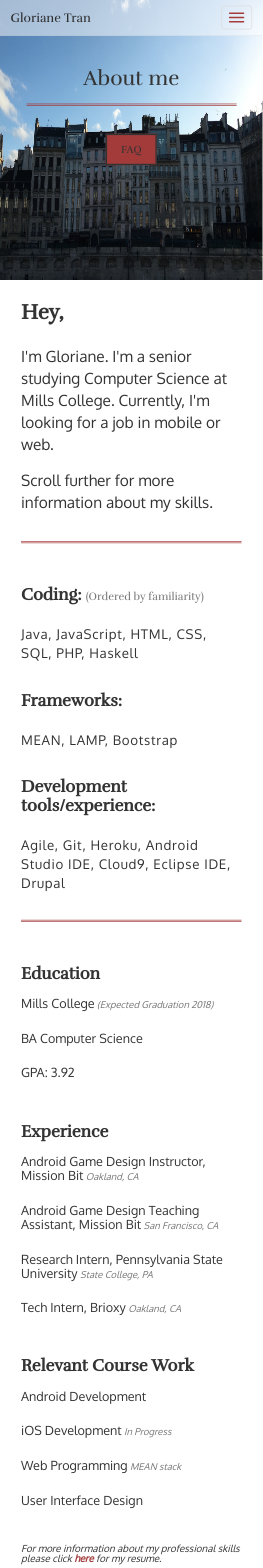
Repository: glorianetran/gloriane-web
Page: http://localhost/about
The author's editor kept a record of every edit. The page is drawn from the files as they stood at one moment, then again after the next edit.
The browser window is 375 px wide. The pictures show the part of the page from y = 0 to 2240 px (the page is 2902 px tall), at 70% of full size.
Some web libraries are served in a nearby version. The page is served by the project's Node server (app.js). Other server files are loaded and not shown.

Above is the page before.

### app_server/views/about.ejs
<!DOCTYPE html>
<html lang="en">
    <head>
        <% include partials/head.ejs %>
        <script type="text/javascript" src="https://code.jquery.com/jquery-1.11.0.min.js"></script>
        <link href="/stylesheets/about.css" rel="stylesheet">

        <!--FAQ script-->
    	<script>
        	jQuery(document).ready(function() {
        	function close_accordion_section() {
        		jQuery('.accordion .accordion-section-title').removeClass('active');
        		jQuery('.accordion .accordion-section-content').slideUp(300).removeClass('open');
        	}

        	jQuery('.accordion-section-title').click(function(e) {
        		// Grab current anchor value
        		var currentAttrValue = jQuery(this).attr('href');

        		if(jQuery(e.target).is('.active')) {
        			close_accordion_section();
        		}else {
        			close_accordion_section();

        			// Add active class to section title
        			jQuery(this).addClass('active');
        			// Open up the hidden content panel
        			jQuery('.accordion ' + currentAttrValue).slideDown(300).addClass('open');
        		}

        		e.preventDefault();
        	});
        });
	</script>
	</head>

    <body>
        <% include partials/nav%>

        <div class="jumbotron">
            <h2 class="text-center rufina">About me</h2>
            <strong><hr class="style"></strong>
            <br>
            <div class="text-center rufina">
                <input type="button" class="button" onClick="document.getElementById('faq').scrollIntoView();" value="FAQ">
            </div>
        </div>

        <!--About page main text-->
        <div class="container">
            <div class="margin">
                <h2 class="about-header rufina">Hey,</h2>
                <br>
                <div class="about-text oxygen">
                   I'm Gloriane. I'm a senior studying Computer Science at Mills College. Currently, I'm looking
                   for a job in mobile or web.
                </div>
                <br>
                <div class="about-text oxygen">Scroll further for more information about my skills. </div>
                <br>
                <hr class="style-2">
                <br>
                <h3 class="about-header rufina">Coding: <small>(Ordered by familiarity)</small></h3>
                <br>
                <div class="about-text-list oxygen">Java, JavaScript, HTML, CSS, SQL, PHP, Haskell</div>
                <br>
                <h3 class="about-header rufina">Frameworks:</h3>
                <br>
                <div class="about-text-list oxygen">MEAN, LAMP, Bootstrap</div>
                <br>
                <h3 class="about-header rufina">Development tools/experience:</h3>
                <br>
                <div class="about-text-list oxygen">Agile, Git, Heroku, Android Studio IDE, Cloud9, Eclipse IDE, Drupal</div>
                <br>
                <hr class="style-2">
                <br>
                <h3 class="about-header rufina">Education</h3>
                <h4 class="about-text-resume oxygen">Mills College<small><i> (Expected Graduation 2018)</i></small>
                <h4 class="about-text-resume oxygen">BA Computer Science</h4>
                <h4 class="about-text-resume oxygen">GPA: 3.92</h4>
                <br>
                <h3 class="about-header rufina">Experience</h3>
                <h4 class="about-text-resume oxygen">Android Game Design Instructor, Mission Bit<small><i> Oakland, CA</i></small></h4>
                <h4 class="about-text-resume oxygen">Android Game Design Teaching Assistant, Mission Bit<small><i> San Francisco, CA</i></small></h4>
                <h4 class="about-text-resume oxygen">Research Intern, Pennsylvania State University<small><i> State College, PA</i></small></h4>
                <h4 class="about-text-resume oxygen">Tech Intern, Brioxy<small><i> Oakland, CA</i></small></h4>
                <br>
                <h3 class="about-header rufina">Relevant Course Work</h3>
                <h4 class="about-text-resume oxygen">Android Development</h4>
                <h4 class="about-text-resume oxygen">iOS Development<small><i> In Progress</i></small></h4>
                <h4 class="about-text-resume oxygen">Web Programming<small><i> MEAN stack</i> </small></h4>
                <h4 class="about-text-resume oxygen">User Interface Design</h4>
                <br>
                <i><h5 class="oxygen">For more information about my professional skills please
                click <a href="https://drive.google.com/file/d/0B7LTg5vkTmfCWkQ1WWlfV2tndTNld3JjbjJ2OTZxSGRpb0Y0/view?usp=sharing" target="_blank"><b>here</b></a> for my resume.</h5></i>
                <br>
                <hr class="style-2">
                <br>

                 <!-- FAQ -->
                <h2 id="faq" class="about-header rufina text-center">FAQ</h2>
                <br>
                <br>
            	<div class="main">
            		<div class="accordion">

            			    <div class="accordion-section">
            			    	<a class="accordion-section-title rufina" href="#accordion-1">Who are you?</a>
            				    <div id="accordion-1" class="accordion-section-content">
            					    <p class="about-faq oxygen">I'm Gloriane. Most people call me Glo. My life motto is to "Glo with the flow."</p>
            				    </div><!--end .accordion-section-content-->
            		       	</div><!--end .accordion-section-->

            			    <div class="accordion-section">
            				    <a class="accordion-section-title rufina" href="#accordion-2">What do you do outside of class?</a>
            				    <div id="accordion-2" class="accordion-section-content">
            					    <p class="about-faq oxygen">I enjoy thinking about cool app ideas,
            					    improving my general knowledge, finding time to volunteer,
            					    and admiring the beauty of giraffes (and all animals). I'm also the president of the Mills Computer Club! </p>
            				    </div><!--end .accordion-section-content-->
            			    </div><!--end .accordion-section-->

            		    	<div class="accordion-section">
            				    <a class="accordion-section-title rufina" href="#accordion-3">What are your career goals?</a>
            				    <div id="accordion-3" class="accordion-section-content">
                					<p class="about-faq oxygen">My short term goal is to get a job in mobile/web to get more experience as a developer. My long term goal is to
                					find a job where I can combine my passion for social justice and technology. I want to be able to help
                					solve some of the world's most pressing issues with tech.</p>
            				    </div><!--end .accordion-section-content-->
            		    	</div><!--end .accordion-section-->

            			    <div class="accordion-section">
            				    <a class="accordion-section-title rufina" href="#accordion-4">What are your strengths/weaknesses?</a>
            				    <div id="accordion-4" class="accordion-section-content">
            					    <p class="about-faq oxygen">My strengths are: being on time,
            					    being organized, having a positive attitude, and embracing any confusion.
            					    My weaknesses are: obsessing over minor details, not asking for help when needed,
            					    public speaking, and spelling (spell-check spoils me).
            					    </p>
            				    </div><!--end .accordion-section-content-->
            		       	</div><!--end .accordion-section-->

            		       	<div class="accordion-section">
            				    <a class="accordion-section-title rufina" href="#accordion-5">What is one cool thing you have done?</a>
            				    <div id="accordion-5" class="accordion-section-content">
            					    <p class="about-faq oxygen">In my 2nd year of college, I studied abroad in Budapest, Hungary at Aquincum Institute of Technology (AIT).
            					    It was my first time leaving the United States. I traveled to 8 countries such as Spain, France, Denmark, etc. All of the images
            					    used for this website were taken while I was abroad. <br><br>
            					    </p>
            					    <div class="text-center">
            					        <h5 class="about-faq oxygen">Here's a picture of me worshipping a quiche the size of my face in Paris, France.</h5>
            					        <img src="/images/quiche.jpg"></img>
            					    </div>
            					    <br>
            				    </div><!--end .accordion-section-content-->
            		       	</div><!--end .accordion-section-->

                    </div><!--end .accordion-->
            	</div><!--end .main-->
            </div><!--end .margin-->
        </div><!--end .container-->
	</body>

	<% include partials/footer%>

</html>

### app_server/views/partials/head.ejs
<meta charset="utf-8">
<meta http-equiv="X-UA-Compatible" content="IE=edge">
<meta name="viewport" content="width=device-width, initial-scale=1">
<meta name="description" content="Gloriane Tran's personal website with information about her academic work and projects.">
<meta name="author" content="Gloriane Tran">

<!--jQuery-->
<script src="https://ajax.googleapis.com/ajax/libs/jquery/3.2.0/jquery.min.js"></script>

<!--Bootstrap Themes-->
<link rel="stylesheet" href="https://maxcdn.bootstrapcdn.com/bootstrap/3.3.7/css/bootstrap.min.css">
<script src="https://maxcdn.bootstrapcdn.com/bootstrap/3.3.7/js/bootstrap.min.js"></script>

<!--Icons-->
<link href="https://maxcdn.bootstrapcdn.com/font-awesome/4.7.0/css/font-awesome.min.css" rel="stylesheet">

<!--Stylesheets-->
<link href="/stylesheets/footer.css" rel="stylesheet">
<link href="/stylesheets/font.css" rel="stylesheet">
<link href="/stylesheets/nav.css" rel="stylesheet">

<!--Fonts-->
<link href="https://fonts.googleapis.com/css?family=Oxygen|Rufina" rel="stylesheet">

<!--Page Title -->
<title>Gloriane Tran | <%= title %></title>

### app_server/views/partials/nav.ejs
<nav class="navbar navbar-default navbar-fixed-top">
    <div class="container-fluid">
        <div class="navbar-header">
                <button type="button" class="navbar-toggle collapsed" data-toggle="collapse" data-target="#navbar" aria-expanded="false" aria-controls="navbar">
                <span class="icon-bar"></span>
                <span class="icon-bar"></span>
                <span class="icon-bar"></span>
            </button>
            <a class="navbar-brand rufina" href="/">Gloriane Tran</a>
        </div>

        <div class="navbar-collapse collapse" id="navbar">
            <ul class="nav navbar-nav navbar-right rufina">
                <li><a href="/">Home</a></li>
                <li><a href="/about">About</a></li>
                <li><a href="/projects">Projects</a></a></li>
            </ul>
        </div>
    </div>
</nav>

### app_server/views/partials/footer.ejs
<footer>
    <hr>
    <div class="container">
        <div class="text-center">
            <a href="https://www.linkedin.com/in/gloriane-tran-ab8592a7/" target="_blank"><i class="fa fa-linkedin-square fa-3x social"></i></a>
            <a href="https://github.com/glorianetran" target="_blank"><i class="fa fa-github-square fa-3x social"></i></a>
            <a href="mailto:glorianetran@gmail.com"><span class="glyphicon glyphicon-envelope"></span></a>
            <br>
            <br>
            <p class="rufina">Copyright © Gloriane Tran 2017</p>
        </div>
    </div>
</footer>

### app.js
var express = require('express');
var path = require('path');
var favicon = require('serve-favicon');
var logger = require('morgan');
var cookieParser = require('cookie-parser');
var bodyParser = require('body-parser');

var index = require('./app_server/routes/index');
var users = require('./app_server/routes/users');

var app = express();

// view engine setup
app.set('views', path.join(__dirname,'app_server', 'views'));
app.set('view engine', 'ejs');

// uncomment after placing your favicon in /public
//app.use(favicon(path.join(__dirname, 'public', 'favicon.ico')));
app.use(logger('dev'));
app.use(bodyParser.json());
app.use(bodyParser.urlencoded({ extended: false }));
app.use(cookieParser());
app.use(express.static(path.join(__dirname, 'public')));

app.use('/', index);
app.use('/users', users);

// catch 404 and forward to error handler
app.use(function(req, res, next) {
  var err = new Error('Not Found');
  err.status = 404;
  next(err);
});

// error handler
app.use(function(err, req, res, next) {
  // set locals, only providing error in development
  res.locals.message = err.message;
  res.locals.error = req.app.get('env') === 'development' ? err : {};

  // render the error page
  res.status(err.status || 500);
  res.render('error');
});

module.exports = app;

### app_server/controllers/main.js
/* GET home page */
module.exports.index = function(req, res) {
    res.render('index', {
        title: 'Home'
    });
};

/* GET about page. */
module.exports.about = function(req, res) {
    res.render('about', {
        title: 'About'
    });
};

/* GET projects page. */
module.exports.projects = function(req, res) {
    res.render('projects', {
        title: 'Projects'
    });
};

### public/stylesheets/footer.css
footer {
    width: 100%;
    height: 100px;
}


/*Social Media Links*/

.fa-3x {
    font-size: 3em;
    color: #A33B3B;
    margin: auto 5px;
}

.fa-3x:hover {
    color: #333333;
}


/*Link color*/

a {
    color: #A33B3B;
}

a:hover {
    color: #333333;
}

a:focus {
    color: #A33B3B;
}


/*Email Icon*/

span.glyphicon-envelope {
    font-size: 2.5em;
    margin: auto 5px;
}

.glyphicon {
    top: 3px;
}

### public/stylesheets/font.css
.rufina{
    font-family: 'Rufina', serif;
}

.oxygen{
    font-family: 'Oxygen', sans-serif;
}

### public/stylesheets/nav.css
.navbar-default .navbar-brand {
    color: #A33B3B;
    font-size: 18px;
}

.navbar-default .navbar-brand:hover,
.navbar-default .navbar-brand:focus {
    color: #2C2B2B;
}

.navbar-default .navbar-nav>li>a {
    color: #A33B3B;
    font-size: 16px;
}

.navbar-default {
    background-color: RGBA(255, 255, 255, .5);
    border-color: #E7E7E7;
}

.icon-bar {
    background-color: #A33B3B !important;
}

### public/stylesheets/about.css
hr.style {
    border-top: 3px double #000000;
    width: 350px;
    border-color: #A33B3B;
}

hr.style-2 {
    border-top: 3px double #000000;
    width: 100%;
    border-color: #A33B3B;
    text-align: left;
}

.button {
    border-radius: 0px;
    color: #333333;
    font-size: 15px;
    font-weight: 500;
    background: RGBA(255, 255, 255, .2);
    padding: 10px 20px 10px 20px;
    border: solid #333333 2px;
    outline: none !important;
}

.button:hover {
    background: #A33B3B;
    text-decoration: none;
    color: #333333;
}

.jumbotron {
    margin-bottom: 0px;
    padding: 9% 0;
    width: 100%;
    background-image: url("/images/about.jpg");
    background-size: 100% 100%;
    height: 400px;
}

.container {
    width: 100%;
    padding: 0px;
}

.margin {
    margin: 90px 200px;
}

.about-text {
    font-size: 22px;
}

.about-faq {
    font-size: 16px;
}

.about-text-list {
    font-size: 19px;
    letter-spacing: 1px;
}

.about-text-resume {
    padding: 10px 0px;
}

.about-header {
    font-weight: 800;
}


/*----- Accordion FAQ -----*/

.accordion,
.accordion * {
    box-sizing: border-box;
}

.accordion {
    overflow: hidden;
    box-shadow: 0px 1px 3px rgba(0, 0, 0, 0.25);
    border-radius: 3px;
    background: #f7f7f7;
}


/*----- Section Titles -----*/

.accordion-section-title {
    width: 100%;
    padding: 15px;
    display: inline-block;
    border-bottom: 1px solid #1a1a1a;
    background: #333333;
    transition: all linear 0.15s;
    font-size: 1.200em;
    color: #FFFFFF;
    text-decoration: none;
}

.accordion-section-title.active,
.accordion-section-title:hover {
    background: #A33B3B;
    color: #333333;
    text-decoration: none;
    font-weight: bolder;
}

.accordion-section:last-child .accordion-section-title {
    border-bottom: none;
}


/*----- Section Content -----*/

.accordion-section-content {
    padding: 15px;
    display: none;
}

a:focus,
a:hover {
    color: #fff;
    text-decoration: none;
}


/*Responsive*/

@media (max-width: 975px) {
    .margin {
        margin: 40px 60px;
    }
    .jumbotron {
        padding: 12% 0;
    }
    .button {
        background: #A33B3B;
    }
    .button:hover {
        background: #333333;
        color: #A33B3B;
    }
}

@media (max-width: 730px) {
    html,
    body {
        width: auto !important;
        overflow-x: hidden !important;
    }
    .margin {
        margin: 30px 30px;
    }
    .jumbotron {
        padding: 15% 0px;
    }
    .button {
        background: #A33B3B;
    }
    .button:hover {
        background: #333333;
        color: #A33B3B;
    }
}

@media (max-width: 450px) {
    hr.style {
        width: 300px;
    }
    .margin {
        margin: 30px 30px;
    }
    .jumbotron {
        padding: 20% 0;
    }
    .button {
        background: #A33B3B;
    }
    .button:hover {
        background: #333333;
        color: #A33B3B;
    }
}

After the next edit:
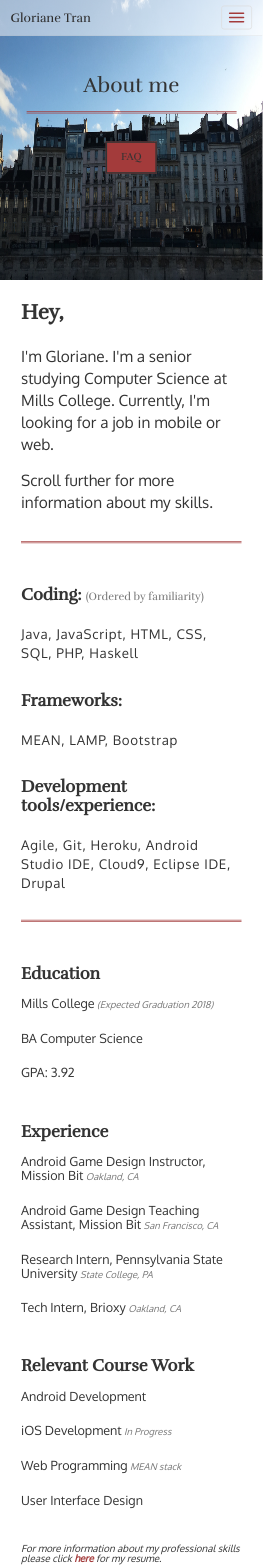
The edit:
--- a/public/stylesheets/about.css
+++ b/public/stylesheets/about.css
@@ -171,7 +171,7 @@
         margin: 30px 30px;
     }
     .jumbotron {
-        padding: 20% 0;
+        padding: 23% 0;
     }
     .button {
         background: #A33B3B;
